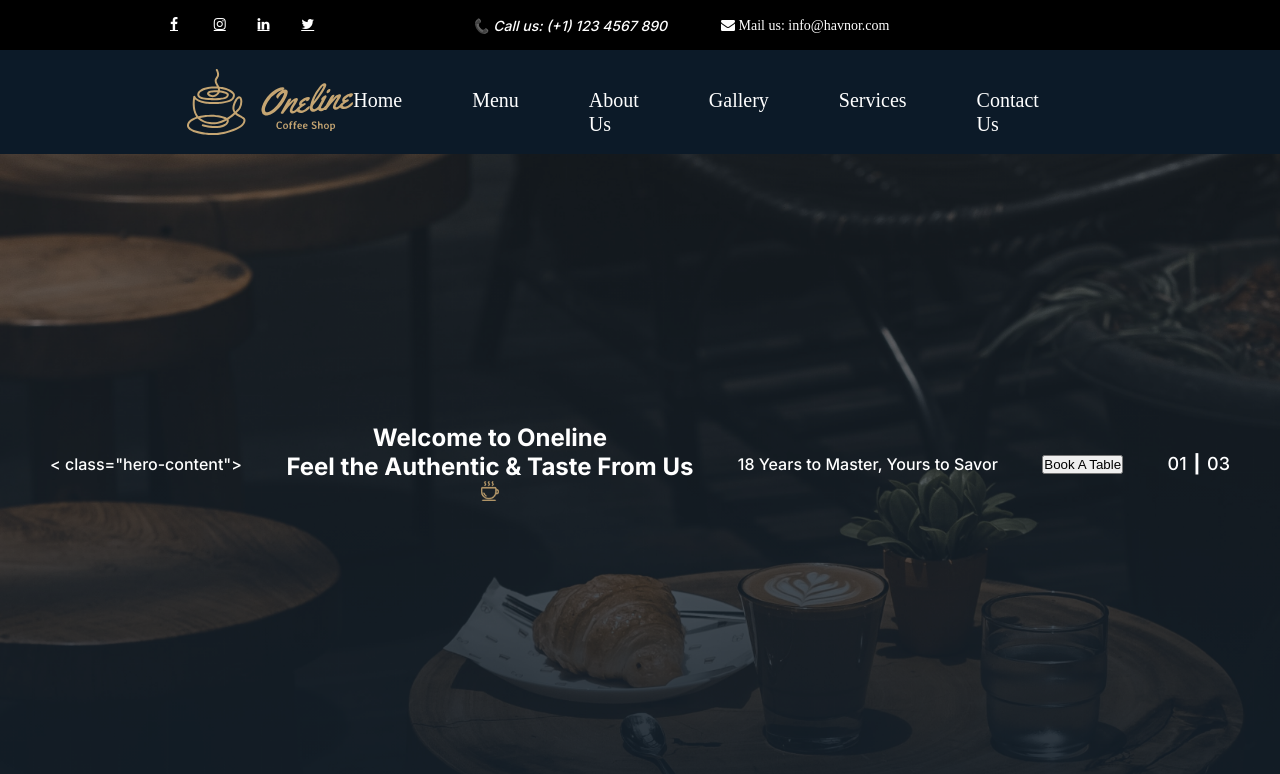
Repository: abhayzulasana/Online-Coffee-Shop
Page: index.html
These files come from the project's save history. The page is drawn as it stood at one moment and after the next save; the edit follows.
The browser window is 1280 px wide. The pictures show the whole page.

Above is the page before, as saved 2025-05-14 10:18:35.

After the next save:
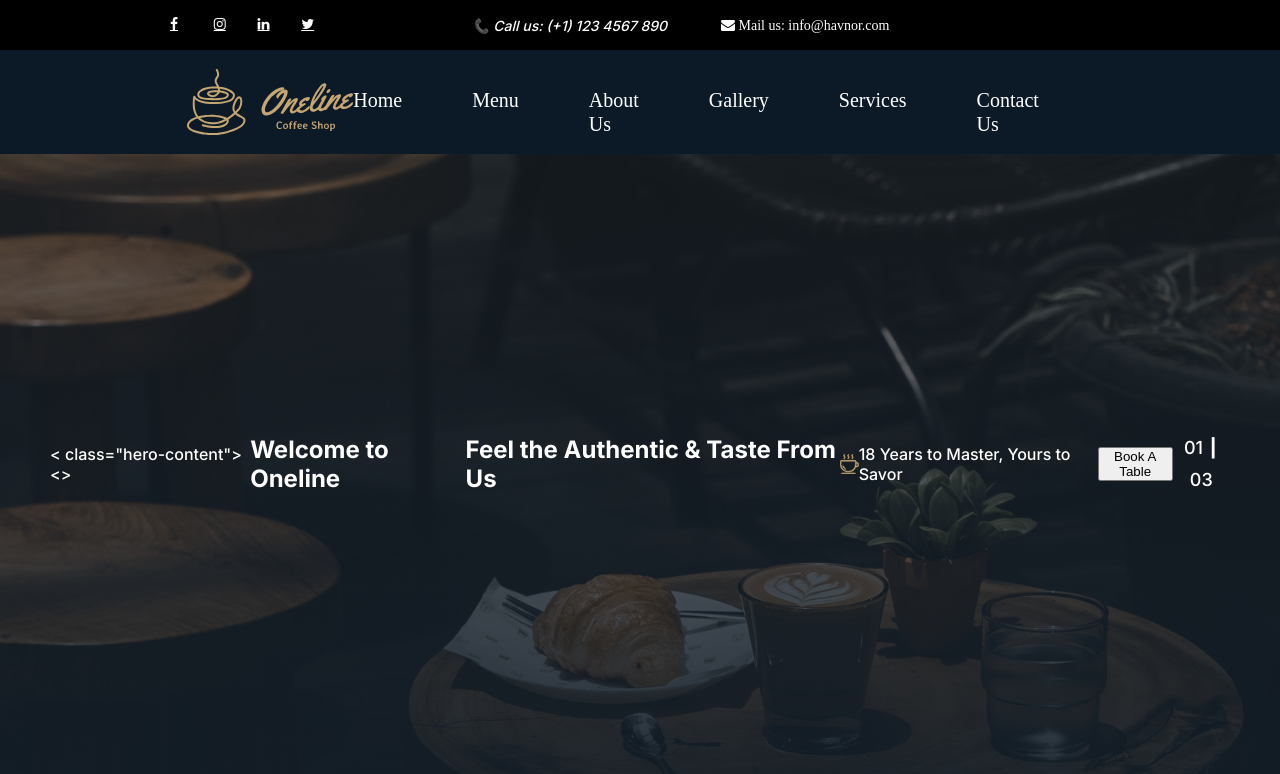
Saved 4 s later.
--- a/index.html
+++ b/index.html
@@ -45,10 +45,10 @@
 
   <section class="hero">
     < class="hero-content">
-  <center>
+  <>
       <h2>Welcome to Oneline</h2>
       <h1>Feel the Authentic & Taste From Us</h1>
-      <img src="img/cafe.svg"> </center>
+      <img src="img/cafe.svg">
 
       <!-- <div class="divider">☕</div> -->
       <p>18 Years to Master, Yours to Savor</p>
